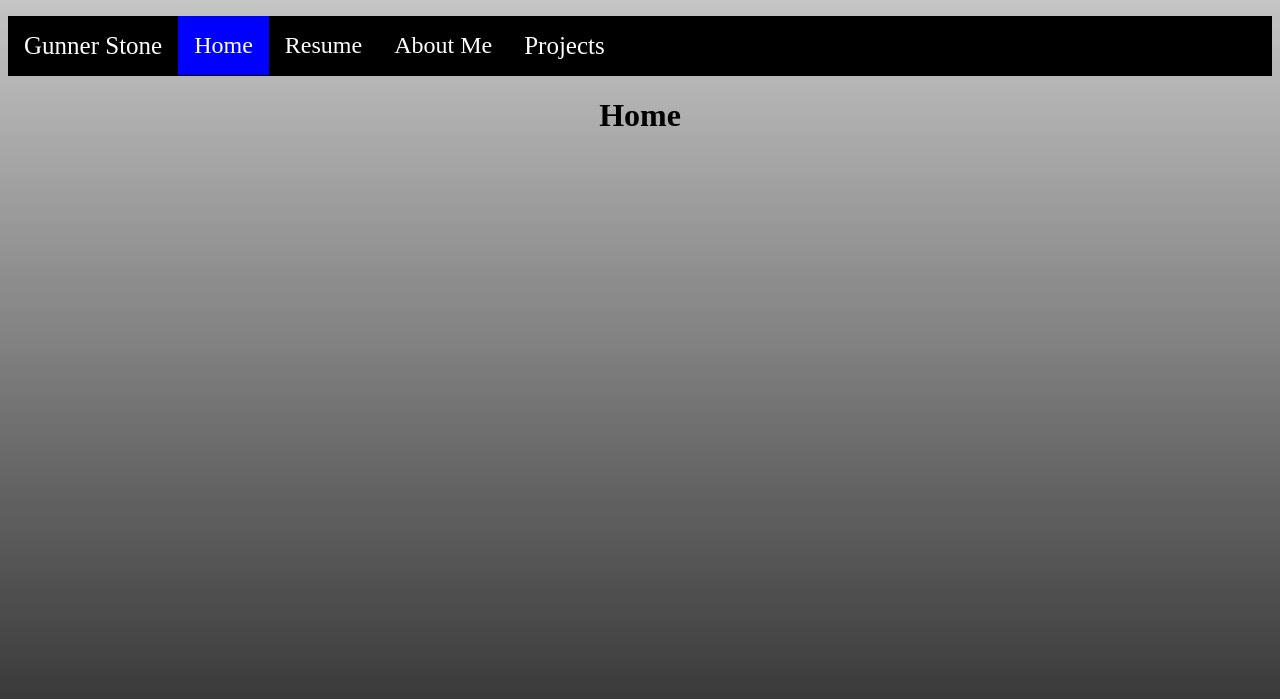
Repository: GunnarStone/GunnarStone.github.io
Page: index.html
The author's editor kept a record of every edit. The page is drawn from the files as they stood at one moment, then again after the next edit.
The browser window is 1280 px wide. The pictures show the whole page.

Above is the page before.

After the next edit:
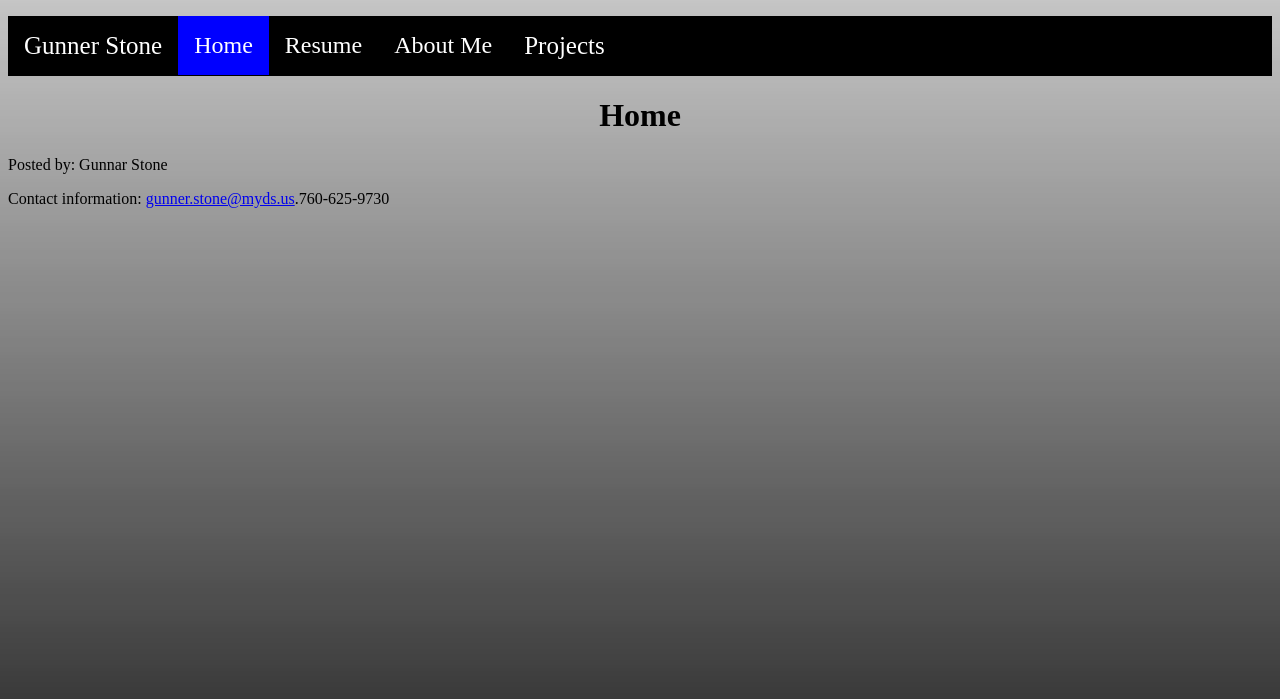
The edit:
--- a/index.html
+++ b/index.html
@@ -25,5 +25,10 @@
 
 
 </script>
+<footer>
+  <p>Posted by: Gunnar Stone</p>
+  <p>Contact information: <a href="gunner.stone@myds.us">
+  gunner.stone@myds.us</a>.760-625-9730</p>
+</footer>
 </body>
 </html>
